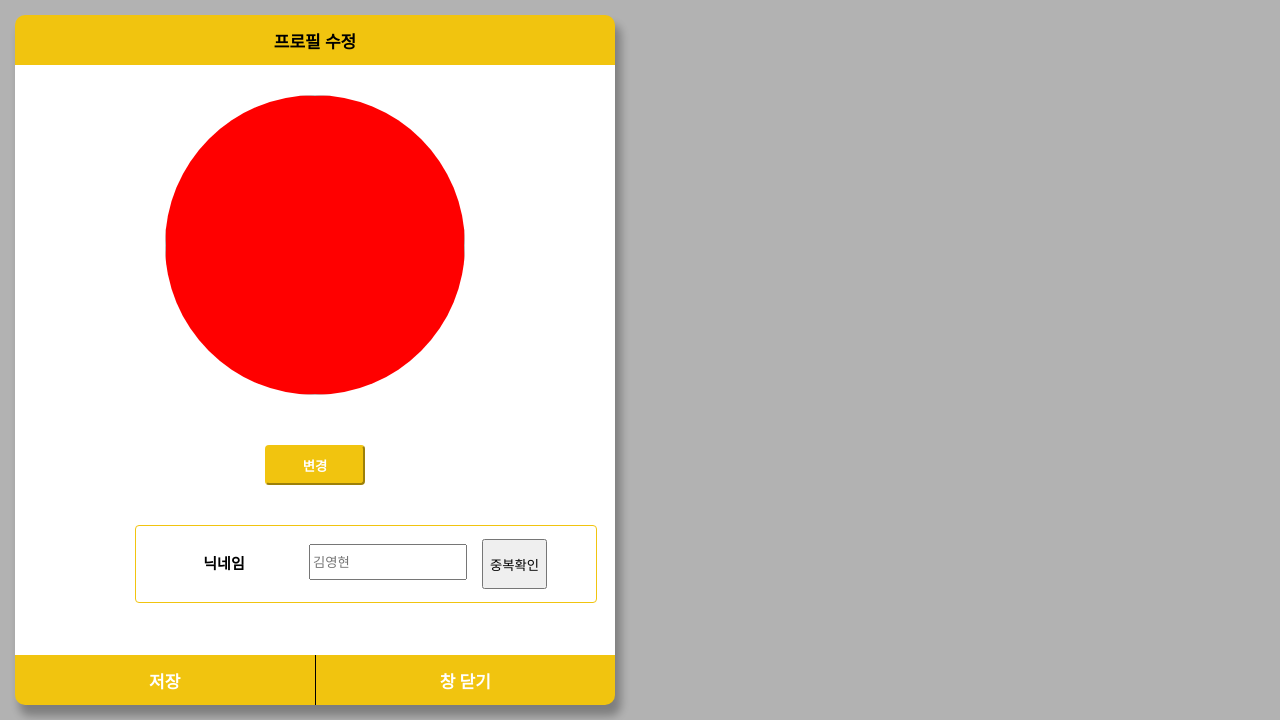
Repository: Corn-Market/Front-end
Page: http://localhost/CornMarket/resources/views/popup_profile_update.jsp
The author's editor kept a copy of each file at every save. The page is drawn from the files as they stood at one save, then again after the next save.
The browser window is 1280 px wide. The pictures show the whole page.
The page is served by Tomcat 9. Other server files are loaded and not shown.

Above is the page before, as saved 2022-12-19 06:28:47.

### CornMarket/src/main/webapp/resources/views/popup_profile_update.jsp
<%@ page language="java" contentType="text/html; charset=UTF-8"
    pageEncoding="UTF-8"%>
<%@ taglib uri="http://java.sun.com/jsp/jstl/core" prefix="c" %>
<c:set var="path" value="${pageContext.request.contextPath}"/>
<!DOCTYPE html>
<html>
<head>
<meta charset="EUC-KR">
<title>Insert title here</title>
<link rel="stylesheet" href="${path}/resources/css/popup_update.css"/>
<script src="https://ajax.googleapis.com/ajax/libs/jquery/3.5.1/jquery.min.js"></script><script src="https://ajax.googleapis.com/ajax/libs/jquery/3.5.1/jquery.min.js"></script>
</head>
<body>
	<div class="container">
        <div class="popup-wrap" id="popup">
          <div class="popup">
            <div class="popup-head">
                <span class="head-title">프로필 수정</span>
            </div>
            <div class="popup-body">
              <div class="body-content">
                <div class="body-titlebox">
                	<div class="update_first">
            			<img>
            			<input type="button" value="변경" onclick="change_img()">
        			</div>
                </div>
                <div class="body-contentbox">
                	 <div class="update_second">
			            <div class="up_main">
			                <div class="up_title">닉네임</div>
			                <input type="text" placeholder="김영현" class="update_nickname">
			                <input type="button" value="중복확인" class="double_check">
			            </div>
			        </div>
                </div>
              </div>
            </div>
            <div class="popup-foot">
              <span class="pop-btn confirm" id="confirm" onclick="">저장</span>
              <span class="pop-btn close" id="close" onclick="">창 닫기</span>
            </div>
          </div>
         </div>
    </div>
</body>
</html>

### CornMarket/src/main/webapp/resources/css/popup_update.css
.popup-wrap{
    background-color:rgba(0,0,0,.3);
    justify-content:center;
    align-items:center;
    position:fixed;
    top:0;
    left:0;
    right:0;
    bottom:0;
    padding:15px;

  }

  .popup{
    width:1000px;
    max-width:600px;
    border-radius:10px;
    overflow:hidden;
    background-color:rgb(241, 196, 15);
    font-size: 17px;
    font-weight: bold;
    box-shadow: 5px 10px 10px 1px rgba(0,0,0,.3);
  }

  .popup-head{
    width:100%;
    height:50px;
    display:flex;
    align-items:center;
    justify-content:center;
  }

  .popup-body{
    background-color:#ffffff;
  }
  .body-content{
    padding:20px;
  }
  .body-titlebox{
    text-align:center;
    width:500px;
    height:350px;
    margin:10px auto;
  }

  .update_first img{
    width:300px;
    height:300px;
    border-radius: 50%;
    background-color: red;
    margin:0px auto;
    display: block;
}

.update_first input{
    width:100px;
    height:40px;
    margin:50px auto;
    border-radius: 4px;
    border-color: rgb(241, 196, 15);
    background-color: rgb(241, 196, 15);
    color: rgb(255, 255, 255);
    font-weight: bold;
    display: block;
}

  .body-contentbox{
  	width:360px;
  	height:100px;
    margin:10px auto;
    margin-top:30px;
  }

  .update_second{
    width:450px;
    margin:80px auto;
    padding:5px;
    border:0.3px solid rgb(241, 196, 15);
    border-radius: 4px;
}

.up_title{
    width:150px;
    height:50px;
    border-radius: 4px;
    font-size: 15px;
    font-weight: bold;
    text-align: center;
    line-height: 50px;
}

.update_nickname{
    width:150px;
    height:30px;
    margin-top: 5px;
    margin-right: 15px;
    margin-left: 10px;
}

.up_main{
    display:flex;
    height:50px;
    padding:8px;
}

  .popup-foot{
    width:100%;
    height:50px;
    display: flex;
  }

  .pop-btn{
    display:inline-flex;
    width:50%;
    height:100%;
    justify-content:center;
    align-items:center;
    float:left;
    color:rgb(255, 255, 255);
    cursor:pointer;
  }
  .pop-btn.confirm{
    border-right:1px solid black;
  }

  .search_btn{
  	 width:100px;
      height:40px;
      border-radius: 4px;
      border-color: rgb(241, 196, 15);
      background-color: rgb(241, 196, 15);
      color: rgb(255, 255, 255);
      font-weight: bold;
      display: block;
      margin:20px auto;
  }

  .body_contentbox h3{
  		text-align:center;
  }

After the next save:
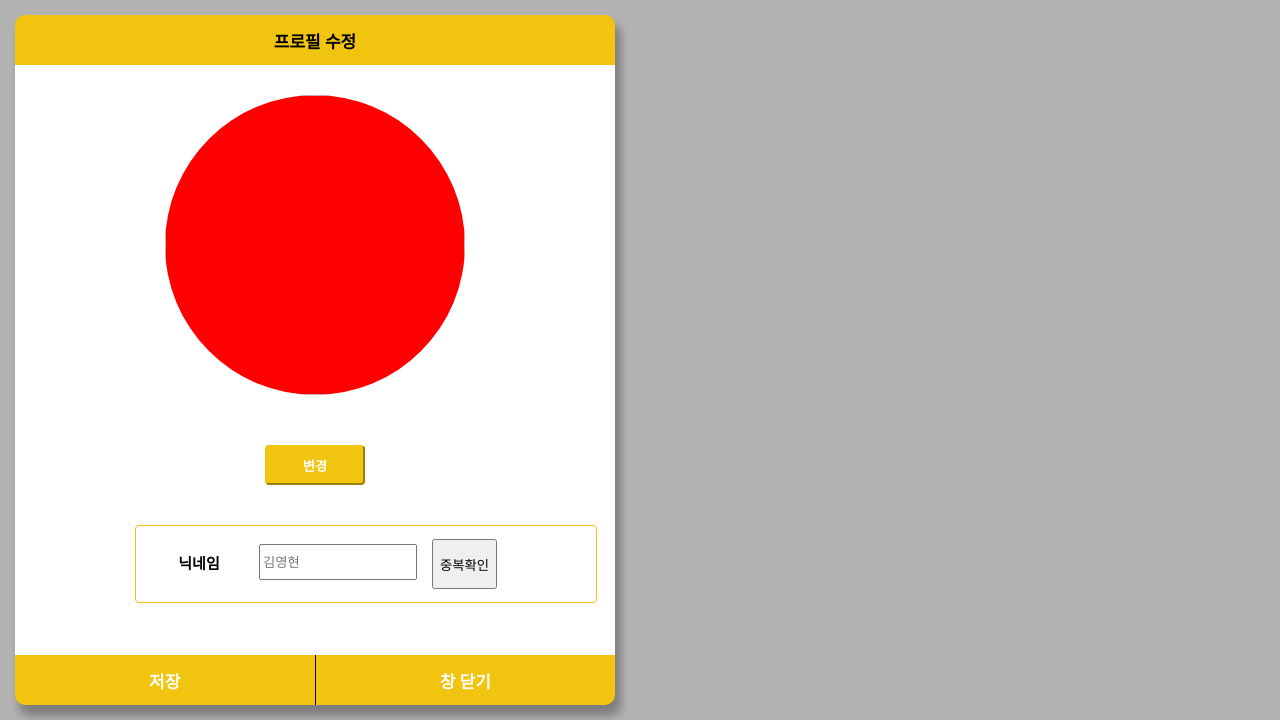
Saved 20 s later.
--- a/CornMarket/src/main/webapp/resources/css/popup_update.css
+++ b/CornMarket/src/main/webapp/resources/css/popup_update.css
@@ -80,7 +80,7 @@
 }
 
 .up_title{
-    width:150px;
+    width:100px;
     height:50px;
     border-radius: 4px;
     font-size: 15px;
